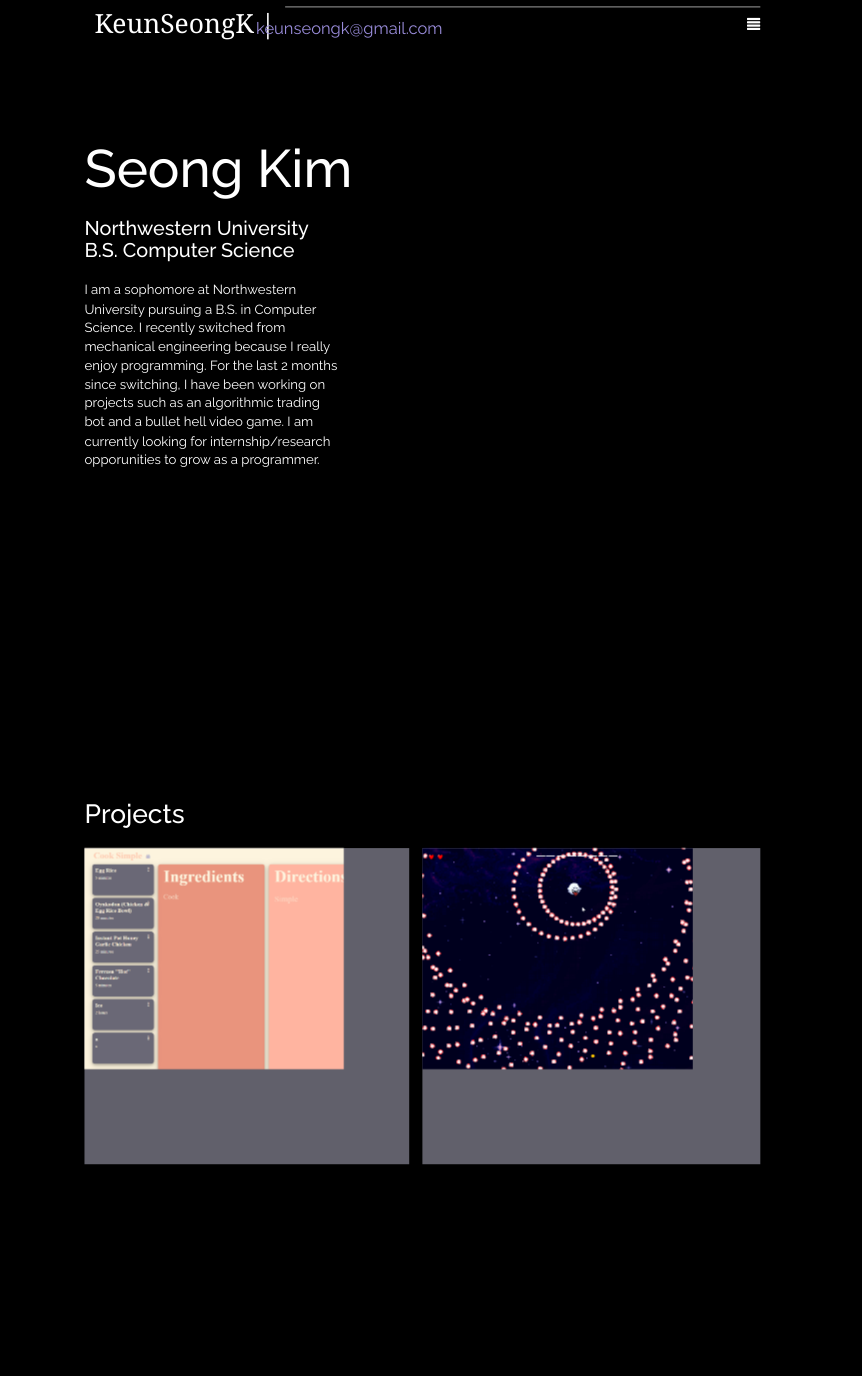
Repository: oqueuo/personal-site
Page: index.html
These files come from the project's save history. The page is drawn as it stood at one moment and after the next save; the edit follows.
The browser window is 1280 px wide. The page is 1280 px wide, then 1306 px, so the pictures cover 1306 px, including what lies to the right of the window. The pictures show the whole page, at 66% of full size.

Above is the page before, as saved 2020-09-21 18:17:34.

After the next save:
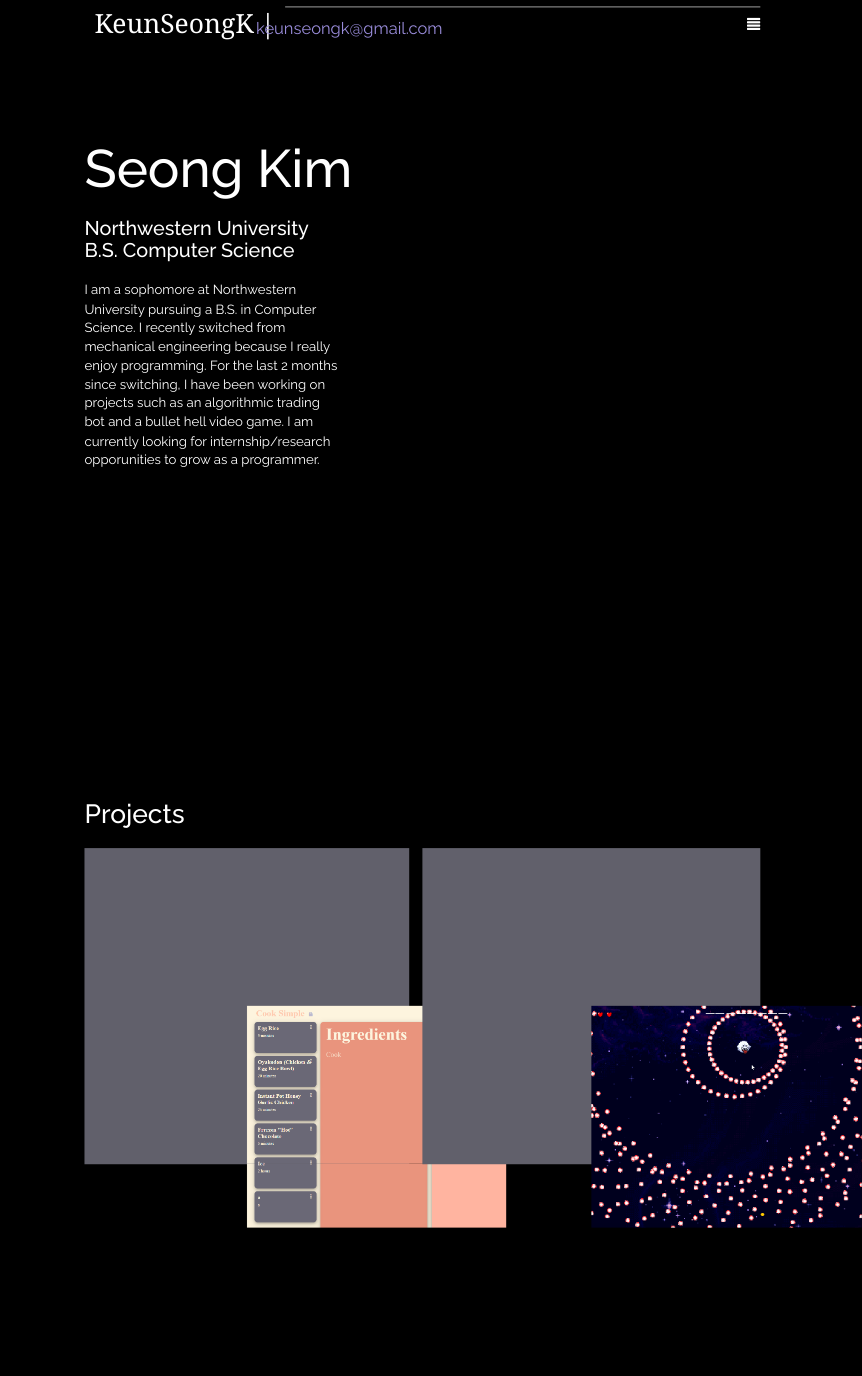
Saved 13 s later.
--- a/styles.css
+++ b/styles.css
@@ -123,6 +123,10 @@ ul a:active, #email:active, .more-info-on-github:active {
     position: relative;
 }
 .project-card-content {
+    position: absolute;
+    left: 50%;
+    top: 50%;
+
     width: 80%;
     height: 70%;
     position: absolute;
